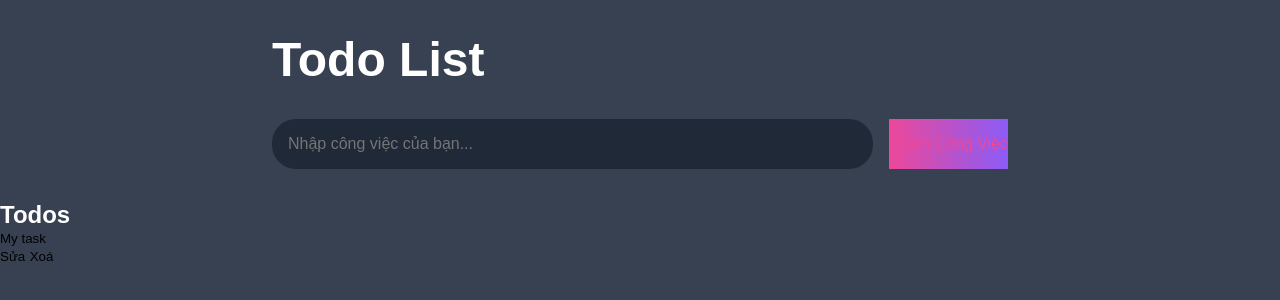
Repository: ntheanh/Todo-List
Page: index.html
An editor plug-in stored every save of this project. The page is shown before and after the next save, followed by the edit.
The browser window is 1280 px wide. The pictures show the whole page.
The style sheet was rebuilt from its Sass, Less or Tailwind sources for each picture, by a compiler version that may differ from the author's.

Above is the page before, as saved 2023-03-15 22:44:42.

After the next save:
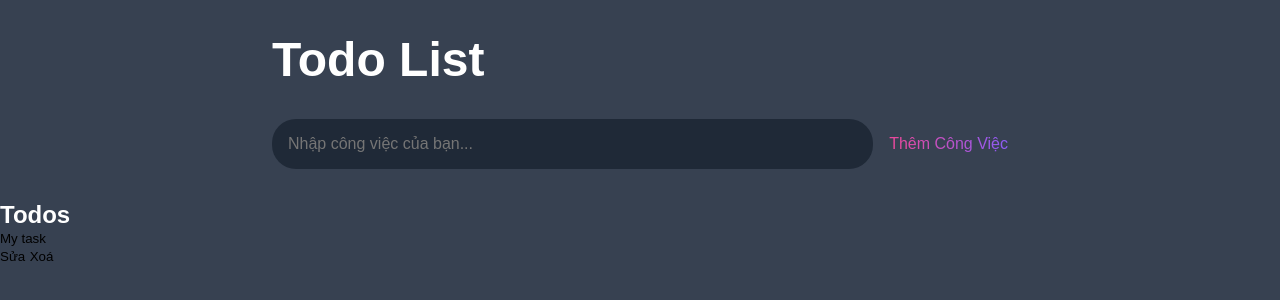
Saved 46 s later.
--- a/style.scss
+++ b/style.scss
@@ -59,5 +59,6 @@ button {
   color: var(--pink);
   font-size: 1rem;
   background: linear-gradient(to right, var(--pink), var(--purple));
-  -webkit-text-fill-color: text;
+  -webkit-background-clip: text;
+  -webkit-text-fill-color: transparent;
 }
